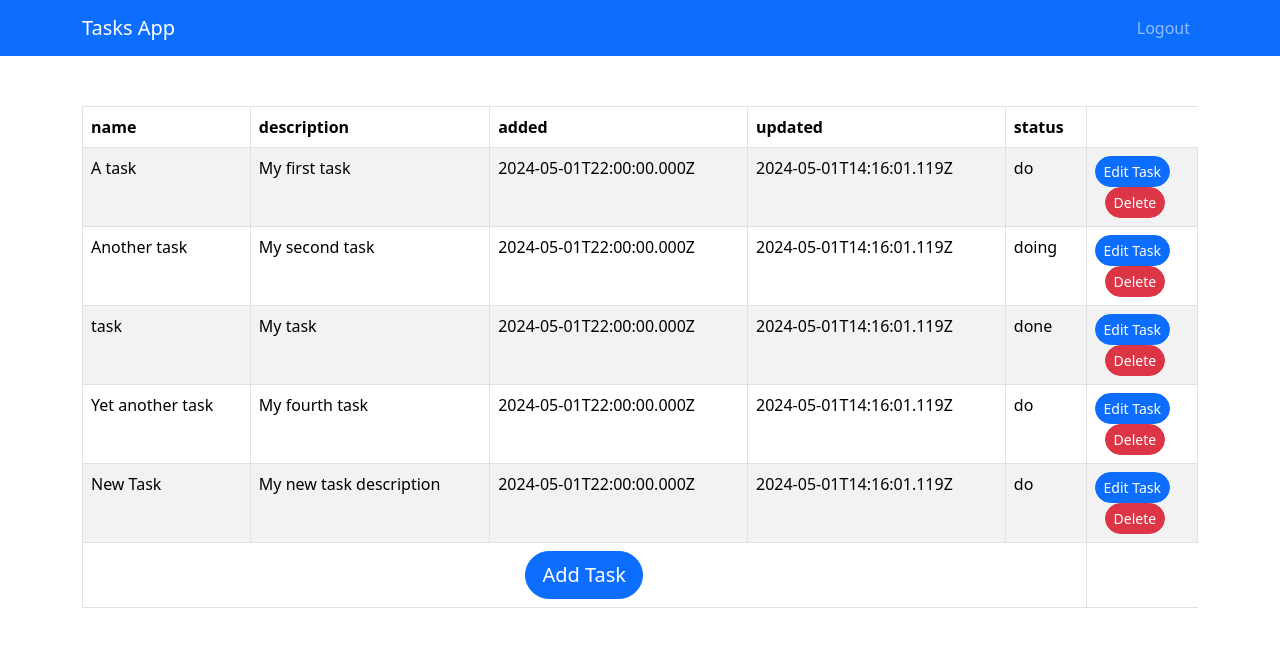
Repository: trider/react-task-manager
Page: /#/tasks
The author's editor kept a copy of each file at every save. The page is drawn from the files as they stood at one save, then again after the next save.
The browser window is 1280 px wide. The pictures show the whole page.
The project was rebuilt for these pictures with package versions that can differ from the ones it lists, and the page was loaded fresh each time. Also part of the build but not shown: src/App.css, src/data/_Users.js, src/pages/Login.js.

Above is the page before, as saved 2024-05-06 15:41:51.

### src/App.js
// import logo from './logo.svg';
import './App.css';
import 'bootstrap/dist/css/bootstrap.min.css';
// import { BrowserRouter, Routes, Route } from "react-router-dom";
import {HashRouter as Router, Routes, Route} from "react-router-dom";
import LoginForm from "./pages/Login";
import TaskList from "./pages/Task";

// const path = process.env.REACT_APP_FOR_PATH;

function App() {
  return (
    <div>
      <Router baseline="/">
        <Routes>
          <Route index element={<LoginForm />} />
            <Route path="login" element={<LoginForm />} />
            <Route path="tasks" element={<TaskList />} />
        </Routes>
      </Router>
    </div>
  );
}

export default App;

### src/pages/Task.js
import * as React from 'react';
import Table from 'react-bootstrap/Table';
import Container from 'react-bootstrap/Container';
import ModalComponent from '../components/Modal';
import userTasks from '../data/_Tasks';
import tableCols from '../data/_Cols';
import NavbarComponent from '../components/Navigation';
import Button from 'react-bootstrap/Button';



const TaskTable = () => {
  return (
    <div>
      <Table striped bordered hover size="lg">
      <thead>
        <tr>
          {tableCols.map((col) => (
            <th key={col}>{col}</th>
          ))}
        </tr>
      </thead>
      <tbody>
        {userTasks.map((task) => (
          <tr key={task.id}>
            {tableCols.map((col) => (
              <td key={col}>{task[col]}</td>
            ))}
            <td>


            <ModalComponent title={'Edit Task'} size={'sm'} />

            <Button  variant="danger rounded-pill" size='sm' style={{marginLeft:'10px'}}>
            Delete
          </Button>


            </td>
          </tr>
        ))}

      </tbody>
      <tfoot>
        <tr>
          <td colSpan={tableCols.length}>
          <div className="d-grid gap-2 d-md-flex justify-content-md-center">
            <ModalComponent title={'Add Task'} size={'lg'}/>
           </div>
          </td>
        </tr>
      </tfoot>
    </Table>




    </div>
  );
}


const TaskList = () => {
  return (
    <div>

    <NavbarComponent />
    <Container style={{marginTop:"50px"}}>
      <TaskTable />
    </Container>
    </div>
  );
}

export default TaskList;

### src/components/Modal.js
import { useState } from 'react';
import Button from 'react-bootstrap/Button';
import Modal from 'react-bootstrap/Modal';

const ModalComponent = (props) => {
  const [show, setShow] = useState(false);

  const handleClose = () => setShow(false);
  const handleShow = () => setShow(true);
  return (
    <div>
      <Button variant="primary" onClick={handleShow} className='rounded-pill' size={props.size}>
        {props.title}
      </Button>

      <Modal show={show} onHide={handleClose}>
        <Modal.Header closeButton>
          <Modal.Title>{props.title}</Modal.Title>
        </Modal.Header>
        <Modal.Body>
          Woohoo, you are reading this text in a modal!
          <div className='bg-primary text-light text-center' style={{ marginTop: '10px'}}>
          <Button  variant="primary rounded-pill" onClick={handleClose} size={props.size} >
            Submit
          </Button>


          </div>


          </Modal.Body>
        {/* <Modal.Footer>


        <div className='bg-primary text-light text-center' >
          <Button  variant="primary" onClick={handleClose}>
            Submit
          </Button>
          </div>
        </Modal.Footer> */}
      </Modal>
    </div>
  );
}

export default ModalComponent;

### src/data/_Tasks.js
const userTasks= [
 {
   id: "6630ab326e723ac1ea6dce7a",
   description: "My first task",
   name: "A task",
   taskId: 1,
   user: "jonnygold",
   added: "2024-05-01T22:00:00.000Z",
   updated: "2024-05-01T14:16:01.119Z",
   status: "do",
   isActive: true
 },
 {
   id: "6630fe5d6e723ac1ea6dce7e",
   description: "My second task",
   name: "Another task",
   taskId: 2,
   user: "jonnygold",
   added: "2024-05-01T22:00:00.000Z",
   updated:"2024-05-01T14:16:01.119Z",
   status: "doing",
   isActive: true
 },
 {
   id: "6630fe826e723ac1ea6dce7f",
   description: "My task",
   name: "task",
   taskId: 3,
   user: "jonnygold",
   added: "2024-05-01T22:00:00.000Z",
   updated:"2024-05-01T14:16:01.119Z",
   status: "done",
   isActive: true
 },
 {
   id: "6631f17cc4c9b7f5ab3c28c3",
   name: "Yet another task",
   description: "My fourth task",
   user: "jonnygold",
   taskId: 4,
   added: "2024-05-01T22:00:00.000Z",
   updated:"2024-05-01T14:16:01.119Z",
   isActive: true,
   status: "do",

 },
 {
   id: "66323f0d54b80929f84ebdd2",
   user: "jonnygold",
   name: "New Task",
   description: "My new task description",
   status: "do",
   taskId: 5,
   added: "2024-05-01T22:00:00.000Z",
   updated:"2024-05-01T14:16:01.119Z",
   isActive: true,
 }

]

export default userTasks

### src/data/_Cols.js
const tableCols = [
 'name',
 'description',
 'added',
 'updated',
 'status',
];

export default tableCols

### src/components/Navigation.js
import * as React from 'react';
import Container from 'react-bootstrap/Container';
import Nav from 'react-bootstrap/Nav';
import Navbar from 'react-bootstrap/Navbar';






const NavbarComponent = () => {
  return (
    <Navbar bg="primary" expand="lg" data-bs-theme="dark">
      <Container>
        <Navbar.Brand href="#home">Tasks App</Navbar.Brand>
        <Navbar.Toggle aria-controls="basic-navbar-nav" />
        <Navbar.Collapse id="basic-navbar-nav">
          <Nav className="me-auto" >
          </Nav>
          <Nav>
            <Nav.Link href="/login">Logout</Nav.Link>
          </Nav>
        </Navbar.Collapse>
      </Container>
    </Navbar>
  );
}



export default NavbarComponent;

Loaded but not shown: public/index.html (common file); src/index.js (common file); src/index.css (common file); src/reportWebVitals.js (common file)

After the next save:
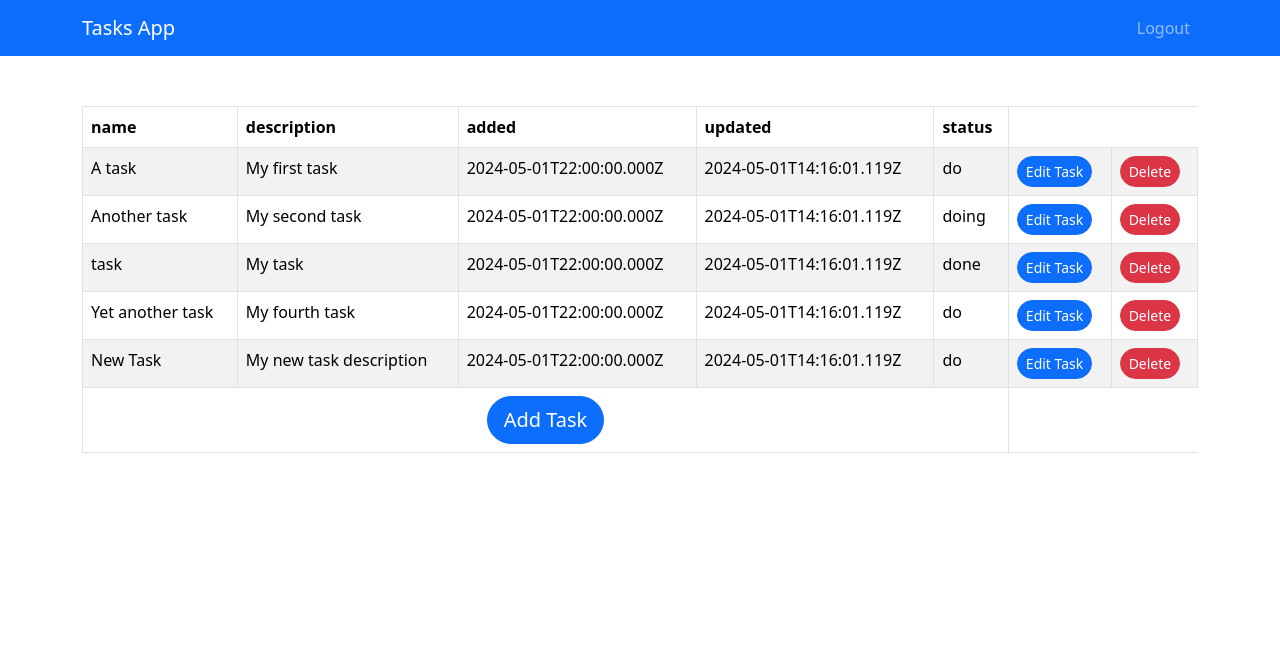
Saved 28 s later.
--- a/src/pages/Task.js
+++ b/src/pages/Task.js
@@ -30,12 +30,11 @@ const TaskTable = () => {
 
 
             <ModalComponent title={'Edit Task'} size={'sm'} />
-
-            <Button  variant="danger rounded-pill" size='sm' style={{marginLeft:'10px'}}>
+            </td>
+            <td>
+            <Button  variant="danger rounded-pill" size='sm' >
             Delete
           </Button>
-
-
             </td>
           </tr>
         ))}
